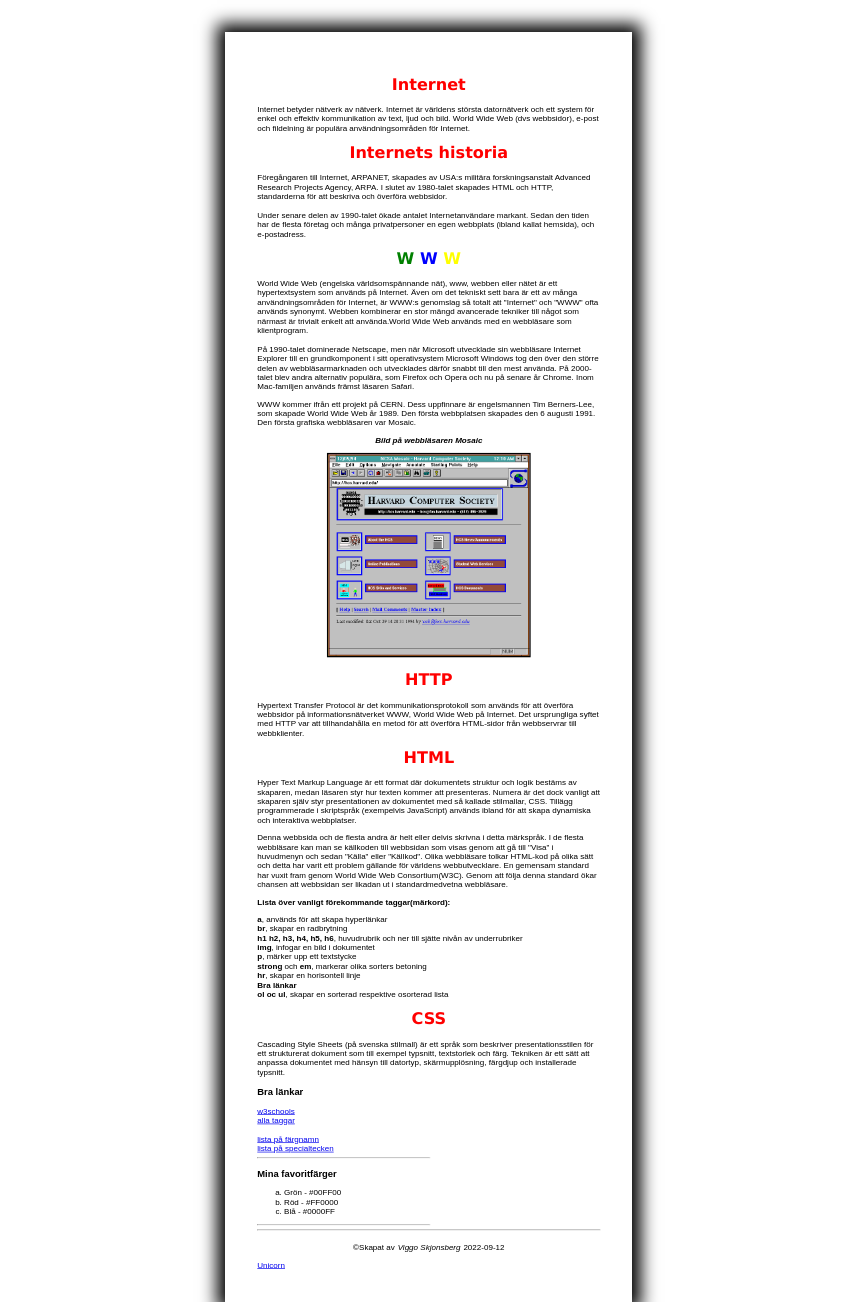
Repository: ViggoSkj/VGY
Page: ovningar/ovning2/ovning2.html
An editor plug-in stored every save of this project. The page is shown before and after the next save, followed by the edit.
The browser window is 1280 px wide. The pictures show the whole page, at 67% of full size.

Above is the page before, as saved 2022-11-27 11:33:56.

### ovningar/ovning2/ovning2.html
<!DOCTYPE html>
<html lang="en">
    <head>
        <meta charset="UTF-8">
        <meta http-equiv="X-UA-Compatible" content="IE=edge">
        <meta name="viewport" content="width=device-width, initial-scale=1.0">
        <title>Övning 3</title>


        <link rel="stylesheet" href="public/css/style.css">
    </head>
    <body class="ovning-2">
        <div class="container">
            <h1>Internet</h1>
            <p>Internet betyder nätverk av nätverk. Internet är världens största datornätverk och ett system för enkel och effektiv kommunikation av text, ljud och bild. World Wide Web (dvs webbsidor), e-post och fildelning är populära användningsområden för Internet.</p>

            <h1>Internets historia</h1>
            <p>Föregångaren till Internet, ARPANET, skapades av USA:s militära forskningsanstalt Advanced Research Projects Agency, ARPA. I slutet av 1980-talet skapades HTML och HTTP, standarderna för att beskriva och överföra webbsidor.

                <br/>
                <br/>
                Under senare delen av 1990-talet ökade antalet Internetanvändare markant. Sedan den tiden har de flesta företag och många privatpersoner en egen webbplats (ibland kallat hemsida), och e-postadress.</p>
            <p></p>

            <h1><span class="green">W</span> <span class="blue">W</span> <span class="yellow">W</span></h1>
            <p>World Wide Web (engelska världsomspännande nät), www, webben eller nätet är ett hypertextsystem som används på Internet.
                Även om det tekniskt sett bara är ett av många användningsområden för Internet, är WWW:s genomslag så totalt att "Internet" och "WWW" ofta används synonymt. Webben kombinerar en stor mängd avancerade tekniker till något som närmast är trivialt enkelt att använda.World Wide Web används med en webbläsare som klientprogram.
                <br/>
                <br/>
                På 1990-talet dominerade Netscape, men när Microsoft utvecklade sin webbläsare Internet Explorer till en grundkomponent i sitt operativsystem Microsoft Windows tog den över den större delen av webbläsarmarknaden och utvecklades därför snabbt till den mest använda. På 2000-talet blev andra alternativ populära, som Firefox och Opera och nu på senare år Chrome.
                Inom Mac-familjen används främst läsaren Safari.</p>

            <p>WWW kommer ifrån ett projekt på CERN. Dess uppfinnare är engelsmannen Tim Berners-Lee, som skapade World Wide Web år 1989. Den första webbplatsen skapades den 6 augusti 1991. Den första grafiska webbläsaren var Mosaic.</p>

            <div class="image-div">
                <p><em><strong>Bild på webbläsaren Mosaic</strong></em></p>
                <img src="public/images/browser1.gif" alt="Bild på webbläsaren Mosaic" width="300">
            </div>

            <h1>HTTP</h1>
            <p>Hypertext Transfer Protocol är det kommunikationsprotokoll som används för att överföra webbsidor på
                informationsnätverket WWW, World Wide Web på Internet. Det ursprungliga syftet med HTTP var att tillhandahålla
                en metod för att överföra HTML-sidor från webbservrar till webbklienter.</p>

            <h1>HTML</h1>
            <p>Hyper Text Markup Language är ett format där dokumentets struktur och logik bestäms av skaparen, medan läsaren styr hur texten kommer att presenteras. Numera är det dock vanligt att skaparen själv styr presentationen av dokumentet med så kallade stilmallar, CSS. Tillägg programmerade i skriptspråk (exempelvis JavaScript) används ibland för att skapa dynamiska och interaktiva webbplatser.</p>
            Denna webbsida och de flesta andra är helt eller delvis skrivna i detta märkspråk. I de flesta webbläsare kan man se källkoden till webbsidan som visas genom att gå till "Visa" i huvudmenyn och sedan "Källa" eller "Källkod". Olika webbläsare tolkar HTML-kod på olika sätt och detta har varit ett problem gällande för världens webbutvecklare. En gemensam standard har vuxit fram genom World Wide Web Consortium(W3C). Genom att följa denna standard ökar chansen att webbsidan ser likadan ut i standardmedvetna webbläsare.</p>
            <p><strong>Lista över vanligt förekommande taggar(märkord):</strong></p>
            <strong>a</strong>, används för att skapa hyperlänkar<br/>
            <strong>br</strong>, skapar en radbrytning<br/>
            <strong>h1 h2, h3, h4, h5, h6</strong>, huvudrubrik och ner till sjätte nivån av underrubriker<br/>
            <strong>img</strong>, infogar en bild i dokumentet<br/>
            <strong>p</strong>, märker upp ett textstycke<br/>
            <strong>strong</strong> och <strong>em</strong>, markerar olika sorters betoning<br/>
            <strong>hr</strong>, skapar en horisontell linje<br/>
            <strong>Bra länkar</strong><br/>
            <strong>ol oc ul</strong>, skapar en sorterad respektive osorterad lista</p>

            <h1>CSS</h1>
            <p>
                Cascading Style Sheets (på svenska stilmall) är ett språk som beskriver presentationsstilen för ett
                strukturerat dokument som till exempel typsnitt, textstorlek och färg. Tekniken är ett sätt att anpassa
                dokumentet med hänsyn till datortyp, skärmupplösning, färgdjup och installerade typsnitt.
            </p>


            <h3>Bra länkar</h3>
            <a href="http://www.w3schools.com/" target="_blank">w3schools </a>
            <br/>
            <a href="http://www.w3schools.com/tags/default.asp" target="_blank">alla taggar</a>
            <br>
            <br>
            <a href="http://www.w3schools.com/tags/ref_colornames.asp" target="_blank">lista på färgnamn</a>
            <br>
            <a href="http://www.w3schools.com/html/html_entities.asp" target="_blank">lista på specialtecken</a>

            <hr class="s"/>

            <h3>Mina favoritfärger</h3>
            <ol>
                <li>Grön - #00FF00 </li>
                <li>Röd - #FF0000</li>
                <li>Blå - #0000FF</li>
            </ol>

            <hr class="s"/>
            <hr/>

            <div class="bottom">
                <p class="right">&#169Skapat av</p>
                <p class="center"><em> Viggo Skjonsberg</em></p>
                <p class="left">2022-09-12</p>
            </div>
        </div>

        <div id="myfooter">
            <a href="https://validator.w3.org/unicorn/check?ucn_uri=labb.vgy.se/~viggosg/ovningar/ovning2.html&ucn_task=conformance">Unicorn</a>
         </div>
    </body>
</html>

### ovningar/ovning2/public/css/style.css
body.ovning-2
{
    width: 40%;
    margin: auto;
    margin-top: 4em;
    font-size: 12px;
    font-family: Arial, Helvetica, sans-serif;
    box-shadow: black 0em 0em 2em 1em;
    padding: 4em;
}

body.ovning-2 h1
{
    font-family: Verdana, Geneva, Tahoma, sans-serif;
    text-align: center;
    color: red;
}

body.ovning-2 .image-div
{
    text-align: center;
    align-items: center;
}

body.ovning-2 img
{
    border-width: 2px;
    border-style: solid;
    color: black;
}

body.ovning-2 .bottom
{
    display: grid;
    grid-template-columns: auto 20%  auto;
}

body.ovning-2 .s
{
    margin-right: 100%;
    width: 50%;
}

body.ovning-2 .left
{
    text-align: left;
}
body.ovning-2 .right
{
    text-align: right;
}
body.ovning-2 .center
{
    text-align: center;
}
body.ovning-2 ol
{
    list-style-type:lower-latin;
}
body.ovning-2 .yellow
{
    color: yellow;
}
body.ovning-2 .green
{
    color: green;
}
body.ovning-2 .blue
{
    color: blue;
}

After the next save:
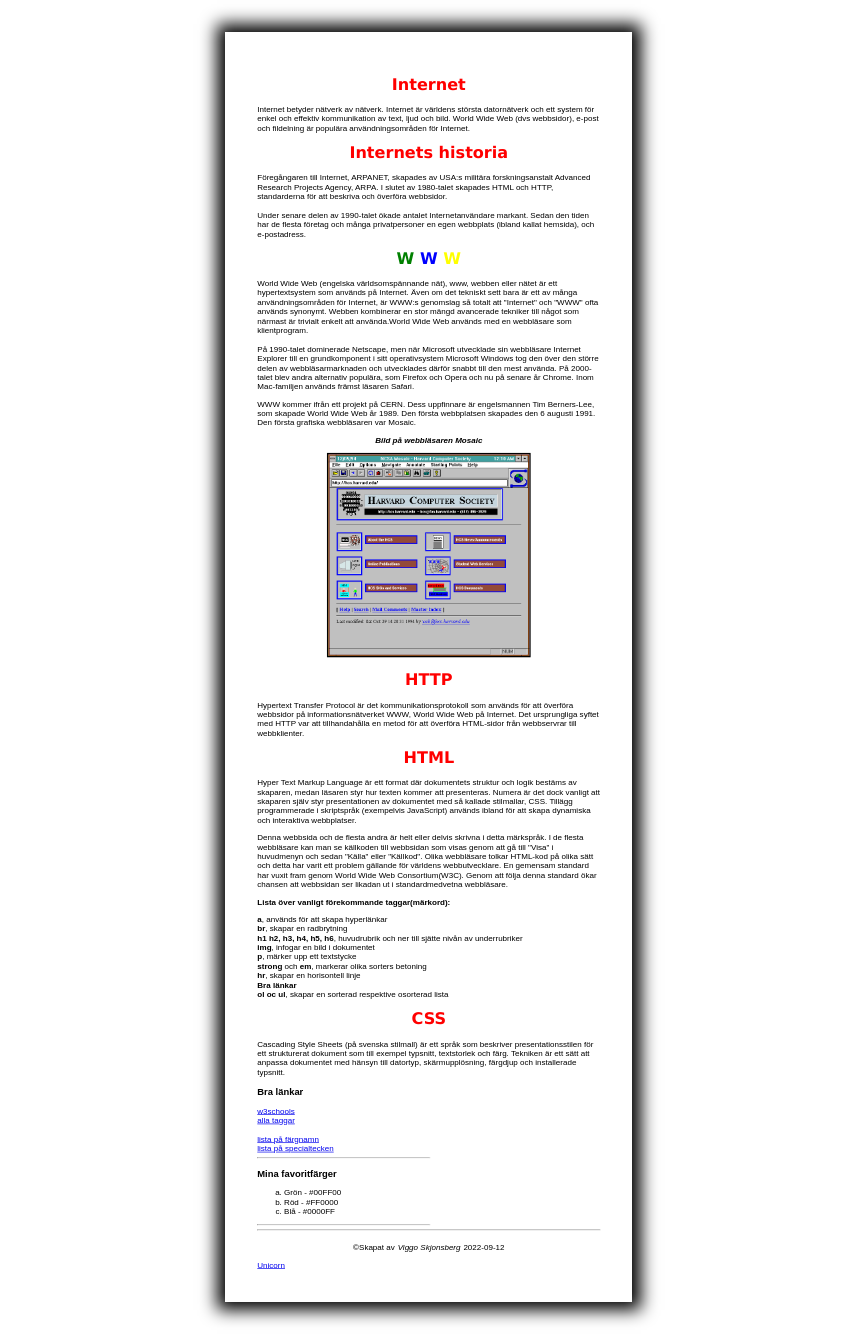
Saved 9 s later.
--- a/ovningar/ovning2/public/css/style.css
+++ b/ovningar/ovning2/public/css/style.css
@@ -3,6 +3,7 @@ body.ovning-2
     width: 40%;
     margin: auto;
     margin-top: 4em;
+    margin-bottom: 4em;
     font-size: 12px;
     font-family: Arial, Helvetica, sans-serif;
     box-shadow: black 0em 0em 2em 1em;
